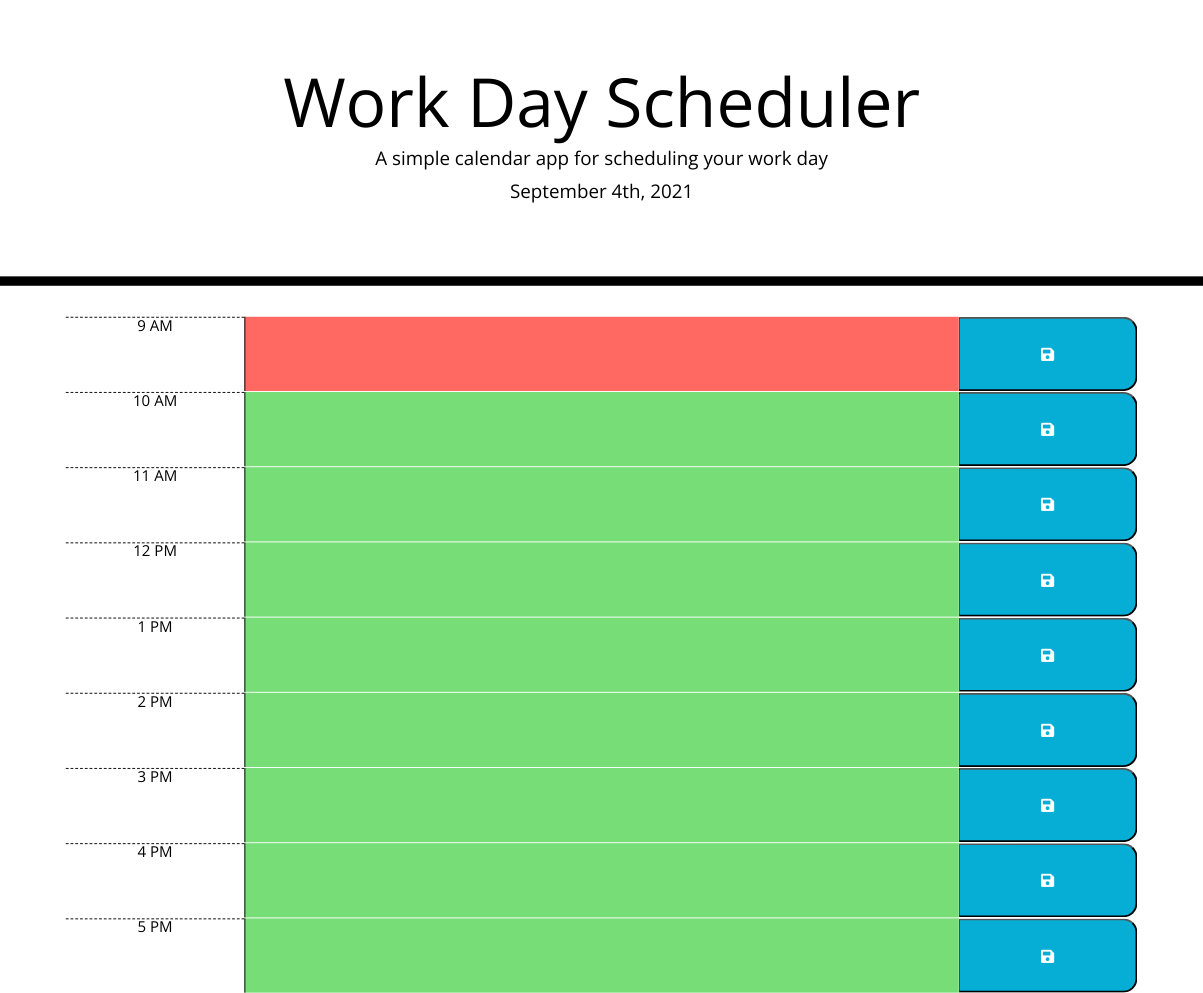
Repository: asecord92/daily-work-schedule
Page: index.html
The author's editor kept a copy of each file at every save. The page is drawn from the files as they stood at one save, then again after the next save.
The browser window is 1280 px wide. The pictures show the whole page, at 94% of full size.
Some web libraries are served in a nearby version.

Above is the page before, as saved 2021-09-04 10:19:50.

### index.html
<!DOCTYPE html>
<html lang="en">
  <head>
    <meta charset="UTF-8" />
    <meta name="viewport" content="width=device-width, initial-scale=1.0" />
    <meta http-equiv="X-UA-Compatible" content="ie=edge" />
    <link
      rel="stylesheet"
      href="https://stackpath.bootstrapcdn.com/bootstrap/4.3.1/css/bootstrap.min.css"
    />
    <link
      rel="stylesheet"
      href="https://use.fontawesome.com/releases/v5.8.1/css/all.css"
      integrity="sha384-50oBUHEmvpQ+1lW4y57PTFmhCaXp0ML5d60M1M7uH2+nqUivzIebhndOJK28anvf"
      crossorigin="anonymous"
    />
    <link
      href="https://fonts.googleapis.com/css?family=Open+Sans&display=swap"
      rel="stylesheet"
    />
    <link rel="stylesheet" href="./assests/css/style.css" />
    <title>Work Day Scheduler</title>
  </head>

  <body>
    <header class="jumbotron">
      <h1 class="display-3">Work Day Scheduler</h1>
      <p class="lead">A simple calendar app for scheduling your work day</p>
      <p id="currentDay" class="lead"></p>
    </header>
    <div class="container">

    </div>
    <script src="https://code.jquery.com/jquery-3.4.1.min.js"></script>
    <script src="https://cdnjs.cloudflare.com/ajax/libs/moment.js/2.24.0/moment.min.js"></script>

    <script src="./assests/js/script.js"></script>
  </body>
</html>

### assests/css/style.css
body {
  font-family: 'Open Sans', sans-serif;
  font-size: 16px;
  line-height: 1;
}

textarea{
  background: transparent;
  border: none;
  resize: none;
  color: #000000;
  border-left: 1px solid black;
  padding: 10px;
}

.jumbotron {
  text-align: center;
  background-color: transparent;
  color: black;
  border-radius: 0;
  border-bottom: 10px solid black;
}

.description{
  white-space: pre-wrap;
}

.time-block{
  text-align: center;
  border-radius: 15px;
}

.row {
  white-space: pre-wrap;
  height: 80px;
  border-top: 1px solid white;;
}

.hour {
  background-color: #ffffff;
  color: #000000;
  border-top: 1px dashed #000000;
}

.past {
  background-color: #d3d3d3;
  color: white;
}

.present {
  background-color: #ff6961;
  color: white;
}

.future {
  background-color: #77dd77;
  color: white;
}

.saveBtn {
  border-left: 1px solid black;
  border-top-right-radius: 15px;
  border-bottom-right-radius: 15px;
  background-color: #06AED5;
  color: white;
}

.saveBtn i:hover {
  font-size: 20px;
  transition: all .3s ease-in-out;
}

### assests/js/script.js
timeBlockArr = ["9 AM","10 AM", "11 AM","12 PM", "1 PM", "2 PM", "3 PM", "4 PM", "5 PM"];

var taskArr = [];

var currentHour= moment().format('H');

var dateP = document.getElementById("currentDay");

var currentDate= moment().format("MMMM Do, YYYY");
function displayDate () {
    dateP.innerHTML = currentDate;
}
console.log(currentDate);
//load scheudle template

for(var i=0; i<timeBlockArr.length; i++){
    var constTime = timeBlockArr[i];

    var hour = moment().set("hour", 9).format('H');
    var setHour = moment(hour, 'H').add(i, "hours").format('H');

    //create Row Div

    var timeBlockDiv = document.createElement("div");
    timeBlockDiv.setAttribute("class","row time-block");
    timeBlockDiv.setAttribute("id", "row")

    //create hour col

    var timeBlockHr = document.createElement("div");
    timeBlockHr.setAttribute("class","col-2 hour");
    timeBlockHr.innerHTML = constTime;

    //create text area

    var timeBlockText = document.createElement("textarea");
    timeBlockText.setAttribute("class", "col-8 description textarea");
    timeBlockText.setAttribute("id", "task " + i)


    //create button

    var timeBlockBtn = document.createElement("button");
    timeBlockBtn.setAttribute("type", "submit");
    timeBlockBtn.setAttribute("id", "saveBtn " + i);
    timeBlockBtn.setAttribute("class","col-2 saveBtn");


    //add save icon

    var saveIcon = document.createElement("i");
    saveIcon.setAttribute("class", "fas fa-save");


    $(".container").append(timeBlockDiv, timeBlockHr, timeBlockText, timeBlockBtn);

    timeBlockDiv.appendChild(timeBlockHr)
    timeBlockDiv.appendChild(timeBlockText)
    timeBlockDiv.appendChild(timeBlockBtn);

    timeBlockBtn.appendChild(saveIcon);

    //run time check

    auditTask(setHour);
};

function auditTask (setHour) {

    //TO DO: figure out why 9Am is being set to "future" even if past
    console.log(setHour, currentHour);

    if (setHour > currentHour) {
        timeBlockText.classList = "col-8 description textarea past"
    }
    else if (setHour < currentHour) {
        timeBlockText.classList = "col-8 description textarea future"
    } else {
        timeBlockText.classList ="col-8 description textarea present"

    };
}
// save to local storage
function saveTask() {



}
//load from local storage to page
function loadTask() {

}

displayDate();

var textAreaEl = document.querySelectorAll(".textarea")
// how to tie each button to a specific row. how to tie each response to a specific row and reflect all of that in localstorage
var saveBtnEl = document.querySelectorAll(".saveBtn");
saveBtnEl.forEach(saveBtnEl => {
    saveBtnEl.addEventListener("click", function(){
        saveTask();

    })
})

console.log(currentHour);

After the next save:
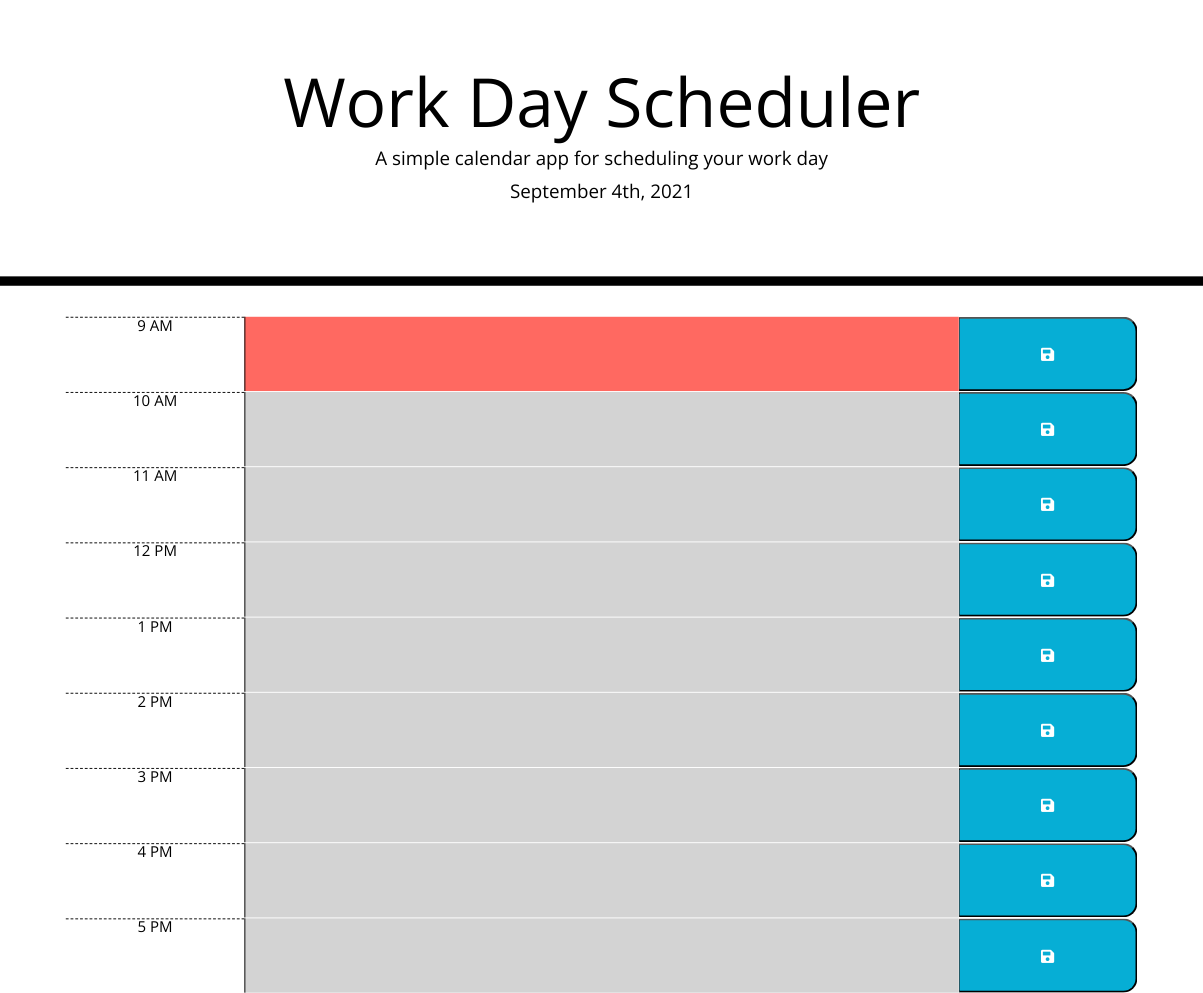
Saved 36 s later.
--- a/assests/js/script.js
+++ b/assests/js/script.js
@@ -70,10 +70,10 @@ function auditTask (setHour) {
     //TO DO: figure out why 9Am is being set to "future" even if past
     console.log(setHour, currentHour);
 
-    if (setHour > currentHour) {
+    if (+setHour > +currentHour) {
         timeBlockText.classList = "col-8 description textarea past"
     }
-    else if (setHour < currentHour) {
+    else if (+setHour < +currentHour) {
         timeBlockText.classList = "col-8 description textarea future"
     } else {
         timeBlockText.classList ="col-8 description textarea present"
